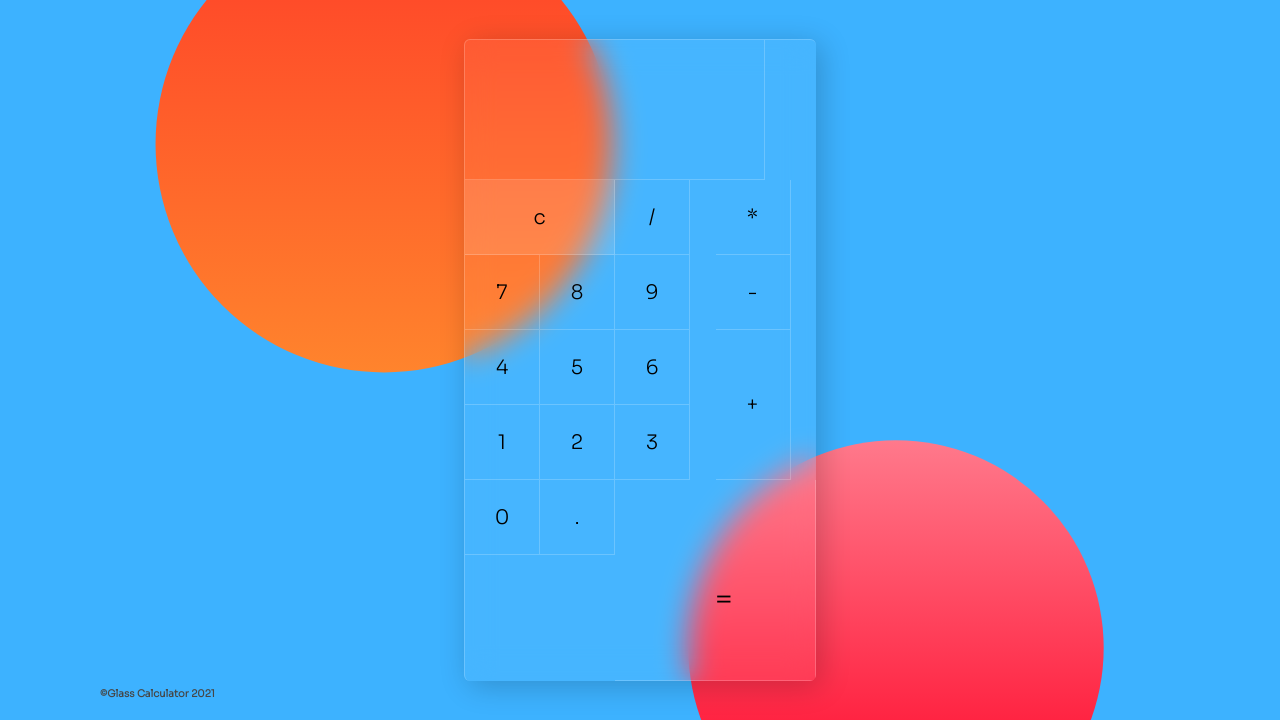
Repository: tharunkumaar404/Glass-Calci
Page: index.html
An editor plug-in stored every save of this project. The page is shown before and after a run of saves, followed by the edit.
The browser window is 1280 px wide. The pictures show the whole page.

Above is the page before, as saved 2021-08-26 15:33:50.

After the next 2 saves:
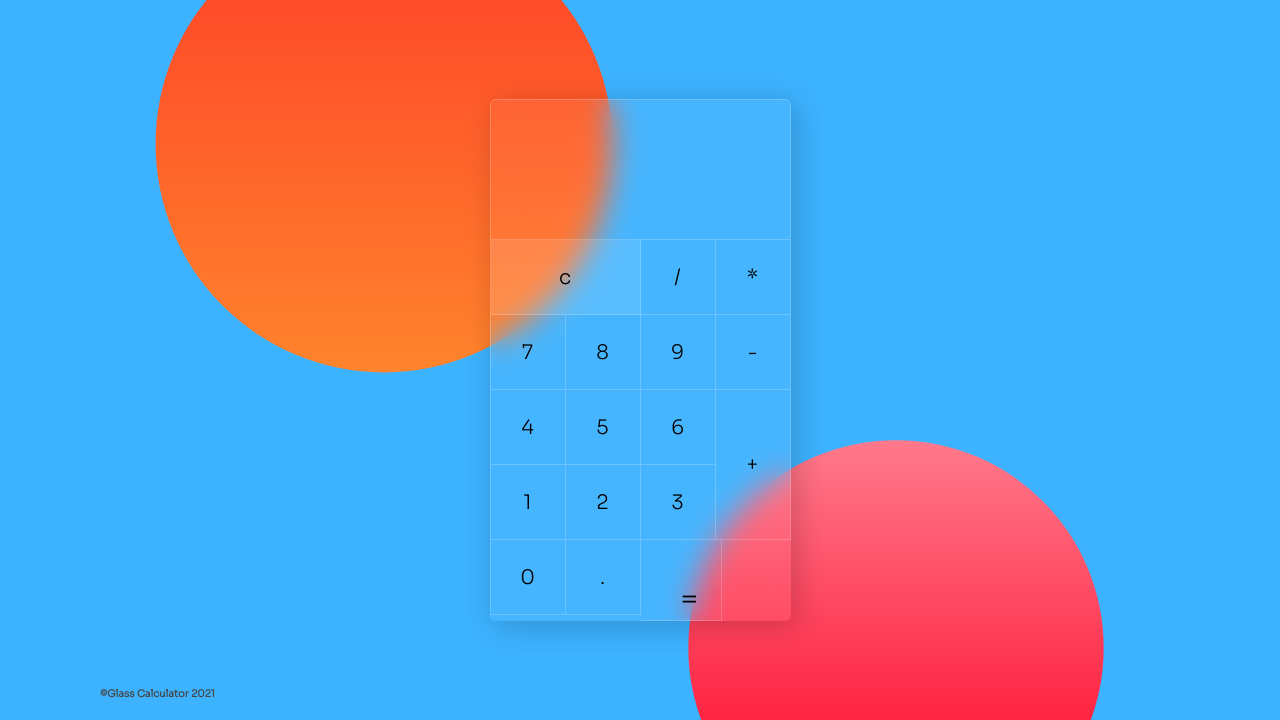
The 2 saves are shown as one change because they came seconds apart.
The last was saved 9 s later.
--- a/styles.css
+++ b/styles.css
@@ -79,7 +79,7 @@ body::after{
     text-align:right;
     border:none;
     outline:none;
-    padding:100px;
+    padding:40px;
     font-size:30px;
     background: transparent;
     color: #000;
